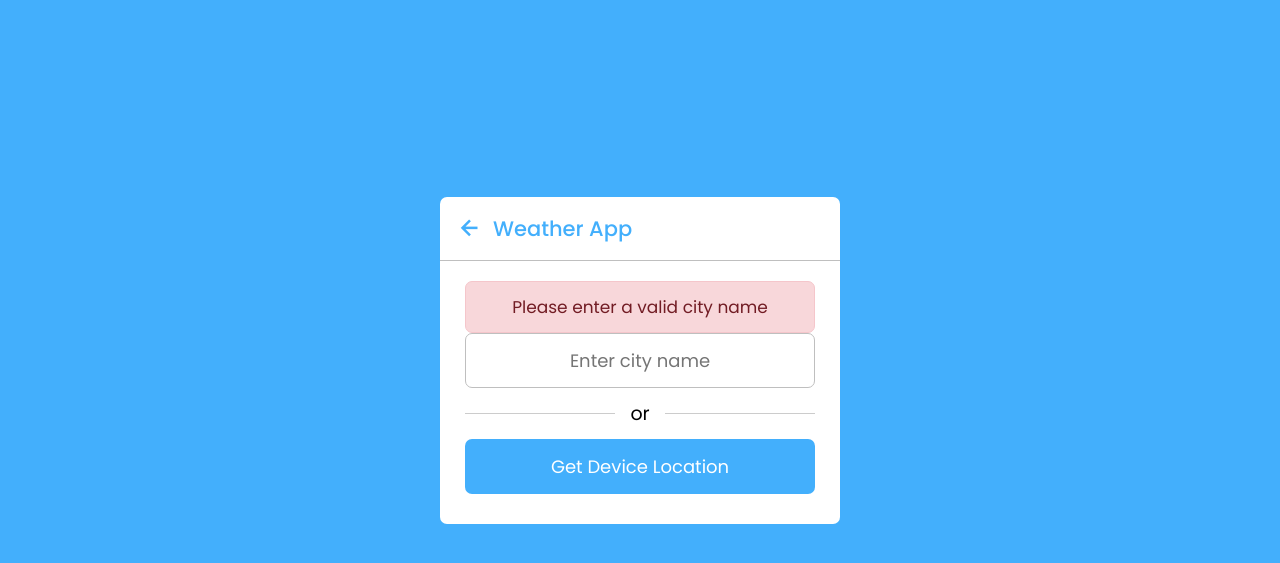
Repository: long13820/Weather-App-HTML-CSS-Javascript
Page: index.html
These files come from the project's save history. The page is drawn as it stood at one moment and after the next save; the edit follows.
The browser window is 1280 px wide. The pictures show the whole page.

Above is the page before, as saved 2021-09-02 01:14:33.

After the next save:
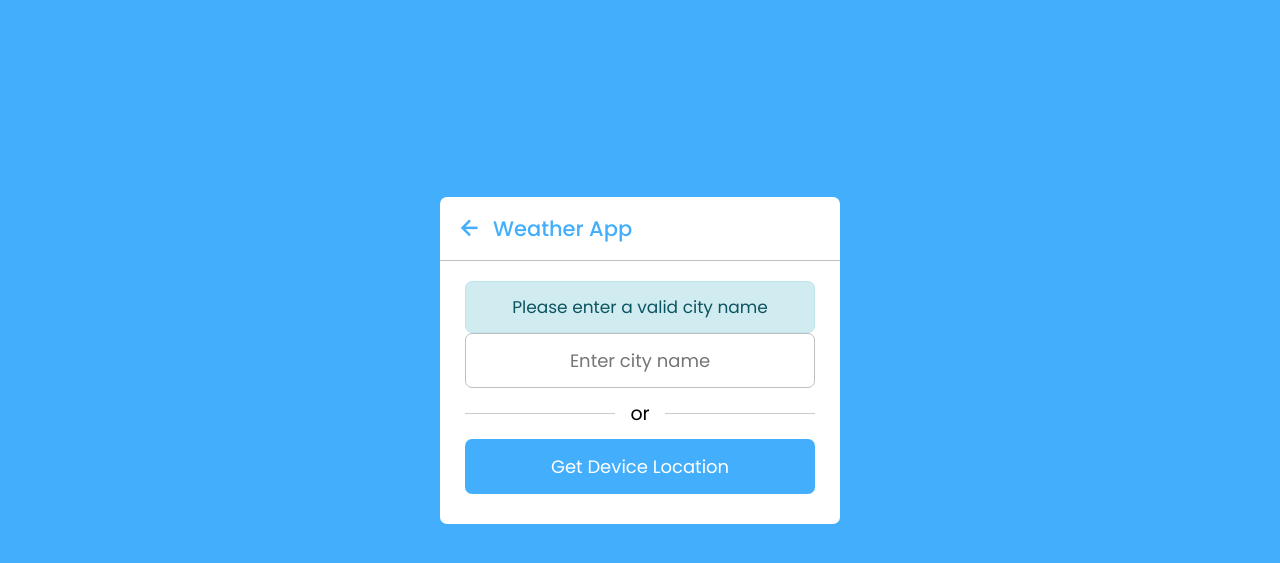
Saved 29 s later.
--- a/index.html
+++ b/index.html
@@ -19,7 +19,7 @@
             Weather App
         </header>
         <section class="input-part">
-            <p class="info-txt error">Please enter a valid city name</p>
+            <p class="info-txt pending">Please enter a valid city name</p>
             <input type="text" placeholder="Enter city name" spellcheck="false">
             <div class="separator"></div>
             <button>Get Device Location</button>
